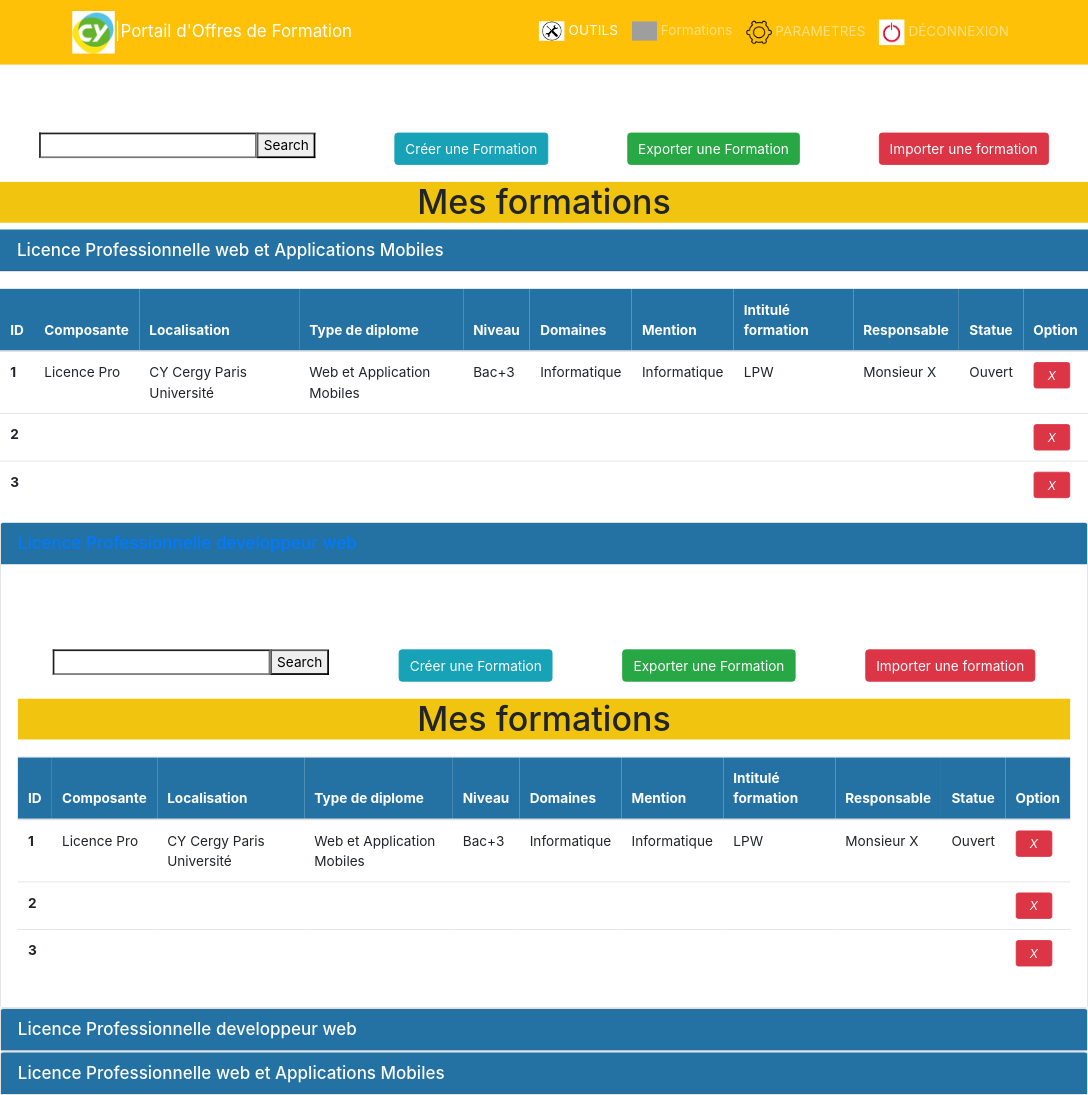
Repository: BaldeThierno1990/Projet-1-formation-tableau-generique-vue-export
Page: / (app in mcc/)
These files come from the project's save history. The page is drawn as it stood at one moment and after the next save; the edit follows.
The browser window is 1280 px wide. The pictures show the whole page, at 85% of full size.
Pictures or frames that could not be fetched are drawn as grey boxes. The project was rebuilt for these pictures with package versions that can differ from the ones it lists, and the page was loaded fresh each time.

Above is the page before, as saved 2021-03-22 14:51:48.

After the next save:
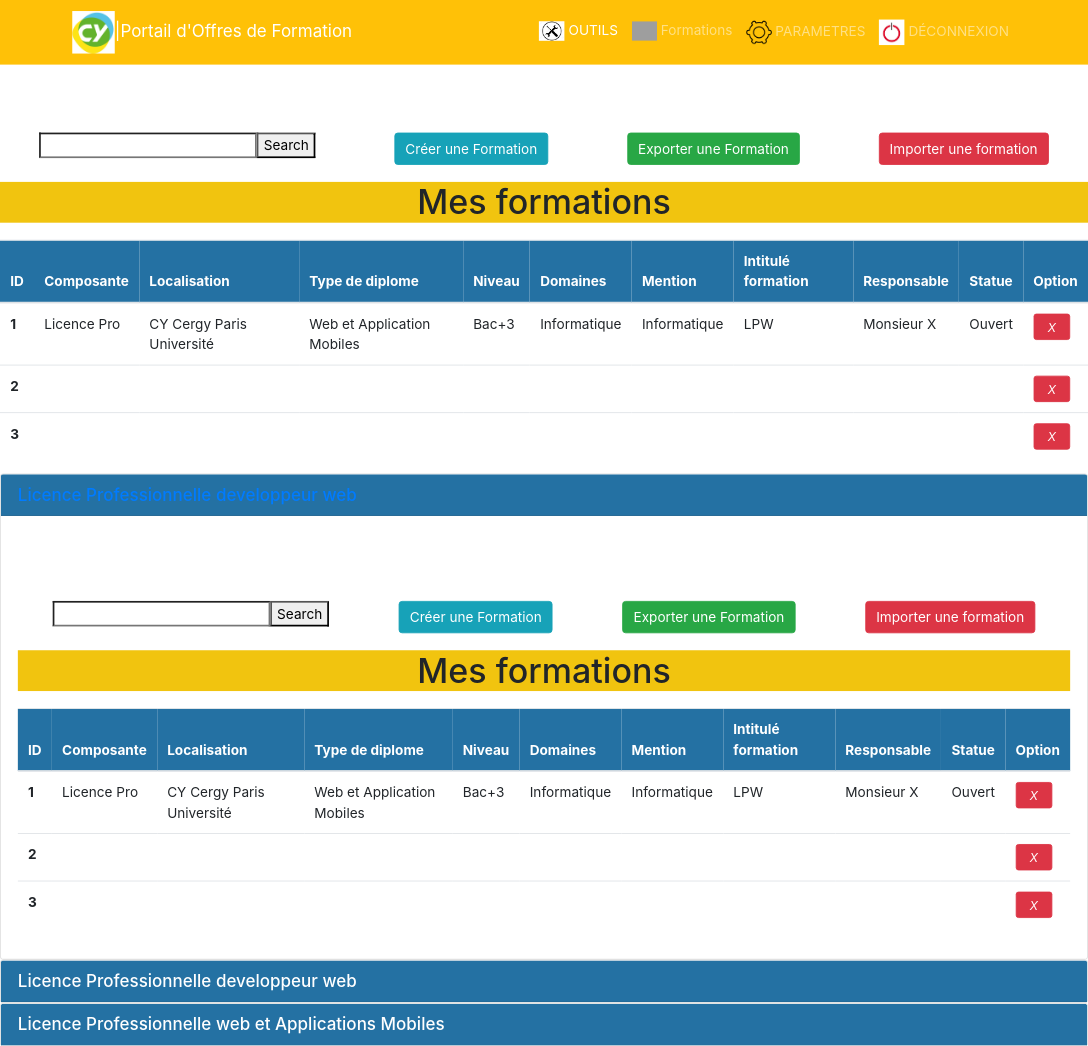
Saved 67 s later.
--- a/mcc/src/components/tableau/Vtableau.vue
+++ b/mcc/src/components/tableau/Vtableau.vue
@@ -18,13 +18,7 @@
         <div class="menu">
         <h1> Mes formations</h1>
     </div>
-     <div class="card-header" role="tab" id="heading">
-     <h5 class="mb-0">
-        <a class="collapsed" data-toggle="collapse" href="#collapseThree" aria-expanded="false" aria-controls="collapse">
-    Licence Professionnelle web et Applications Mobiles
-        </a>
-      </h5>
-     </div>
+
     <table class="table align-middle">
 
   <thead>
